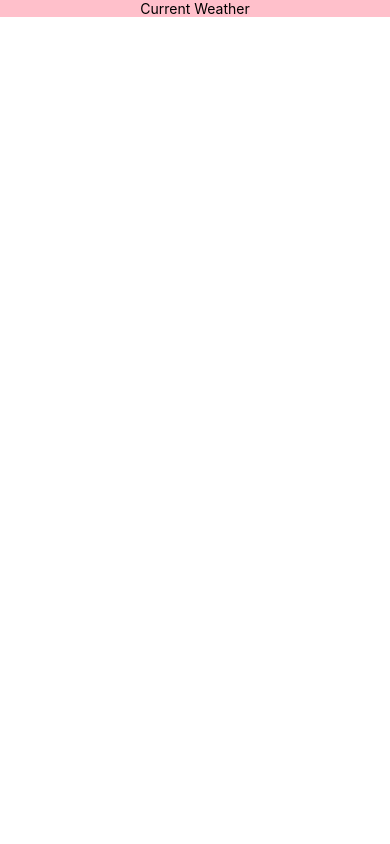
Repository: akinmiday/fcc
Screen: / (app in WeatherApp/)
These files come from the project's save history. The screen is drawn as it stood at one moment and after the next save; the edit follows.
The app was drawn by React Native's web renderer in a window 390 px wide. The project was rebuilt for these pictures with package versions that can differ from the ones it lists, and the page was loaded fresh each time.

Above is the screen before, as saved 2023-07-18 06:57:40.

After the next save:
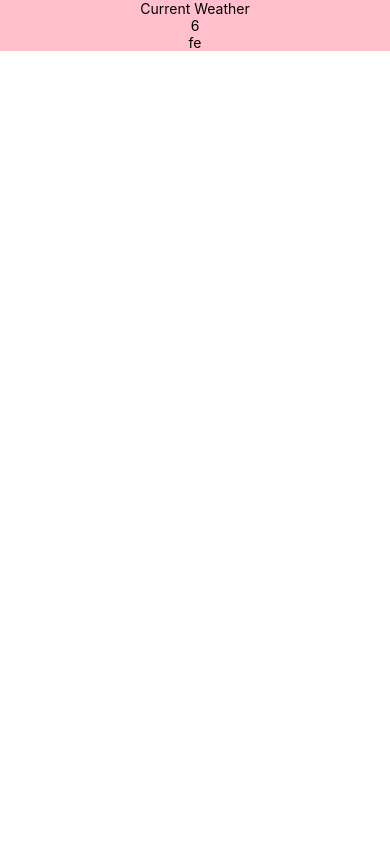
Saved 102 s later.
--- a/WeatherApp/App.js
+++ b/WeatherApp/App.js
@@ -6,6 +6,10 @@ const App = () =>{
    <SafeAreaView style={styles.wrapper} >
      <View style={styles.container} >
       <Text>Current Weather</Text>
+      <Text>6</Text>
+      <Text>fe</Text>
+      <Text></Text>
+      <Text></Text>
     </View>
    </SafeAreaView>
   )
